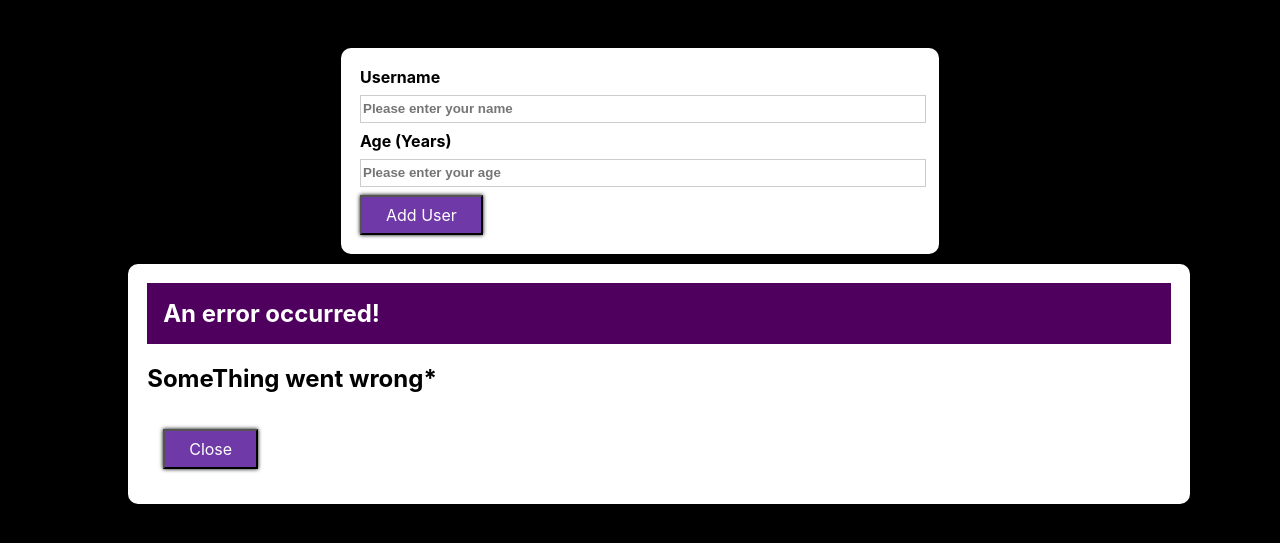
Repository: NamalPathirana/section-eight
Page: /
The author's editor kept a copy of each file at every save. The page is drawn from the files as they stood at one save, then again after the next save.
The browser window is 1280 px wide. The pictures show the whole page.
The project was rebuilt for these pictures with package versions that can differ from the ones it lists, and the page was loaded fresh each time. Also part of the build but not shown: src/App.module.css.

Above is the page before, as saved 2021-12-04 14:24:13.

After the next save:
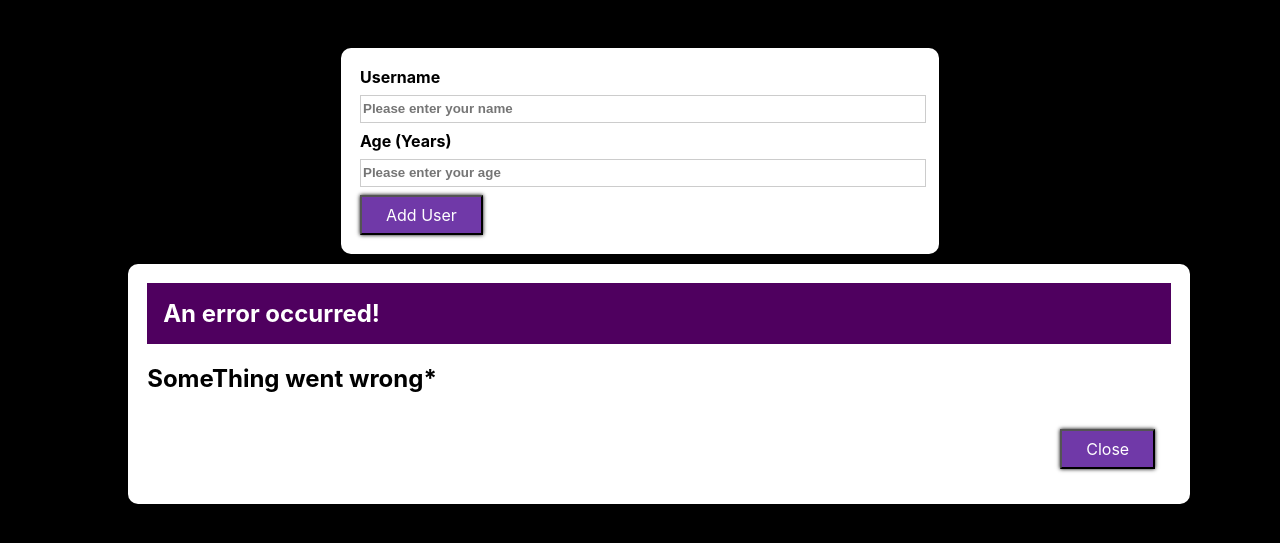
Saved 7 s later.
--- a/src/UI/ErrorModal/ErrorModal.module.css
+++ b/src/UI/ErrorModal/ErrorModal.module.css
@@ -24,5 +24,5 @@
 .actions {
     padding: 1rem;
     display: flex;
-    justify-content: left;
+    justify-content: flex-end;
 }
